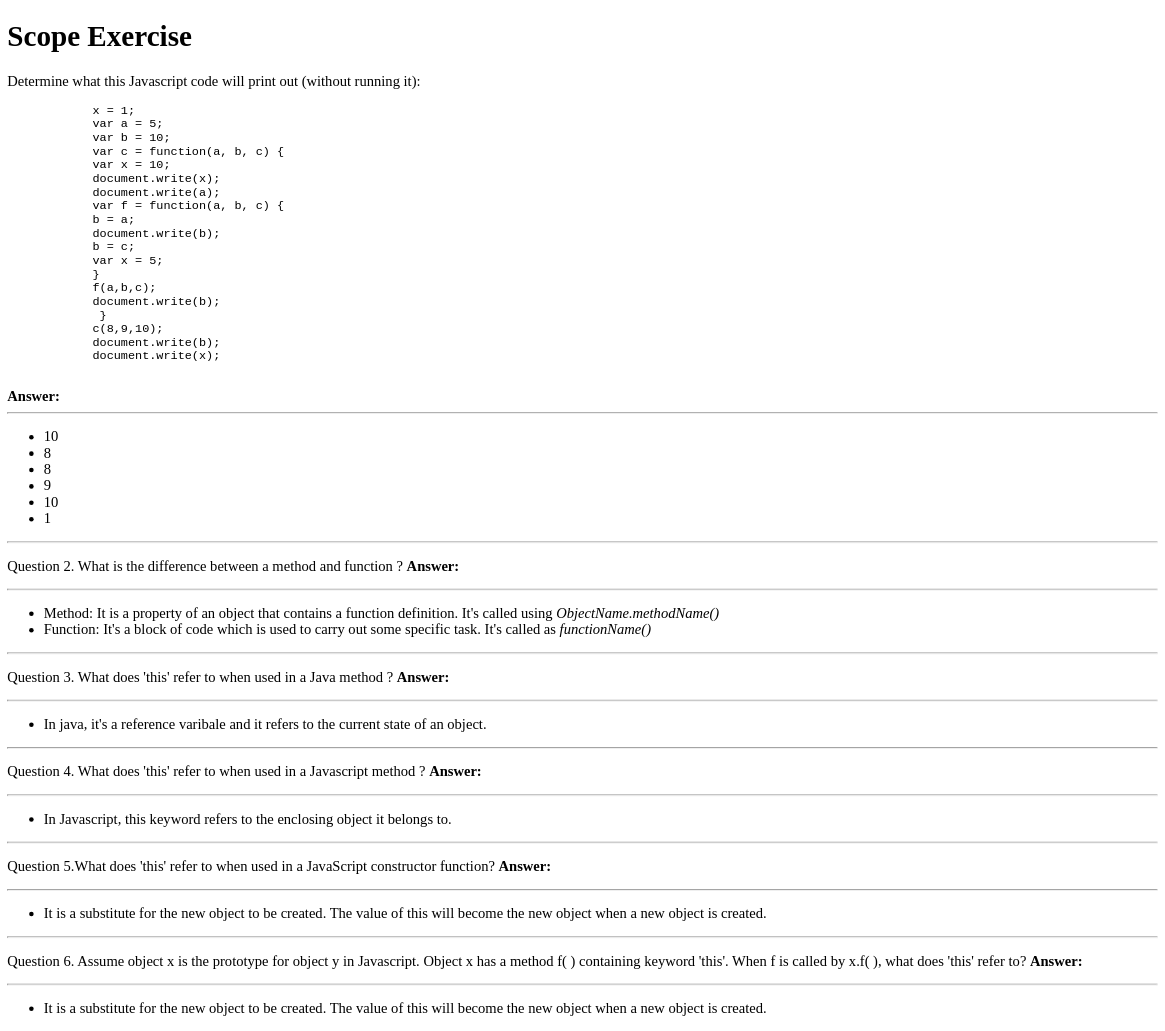
Repository: bethelbahiru/WAP
Page: Homework3/scope.html
An editor plug-in stored every save of this project. The page is shown before and after the next save, followed by the edit.
The browser window is 1280 px wide. The pictures show the whole page, at 91% of full size.

Above is the page before, as saved 2022-01-18 16:35:55.

After the next save:
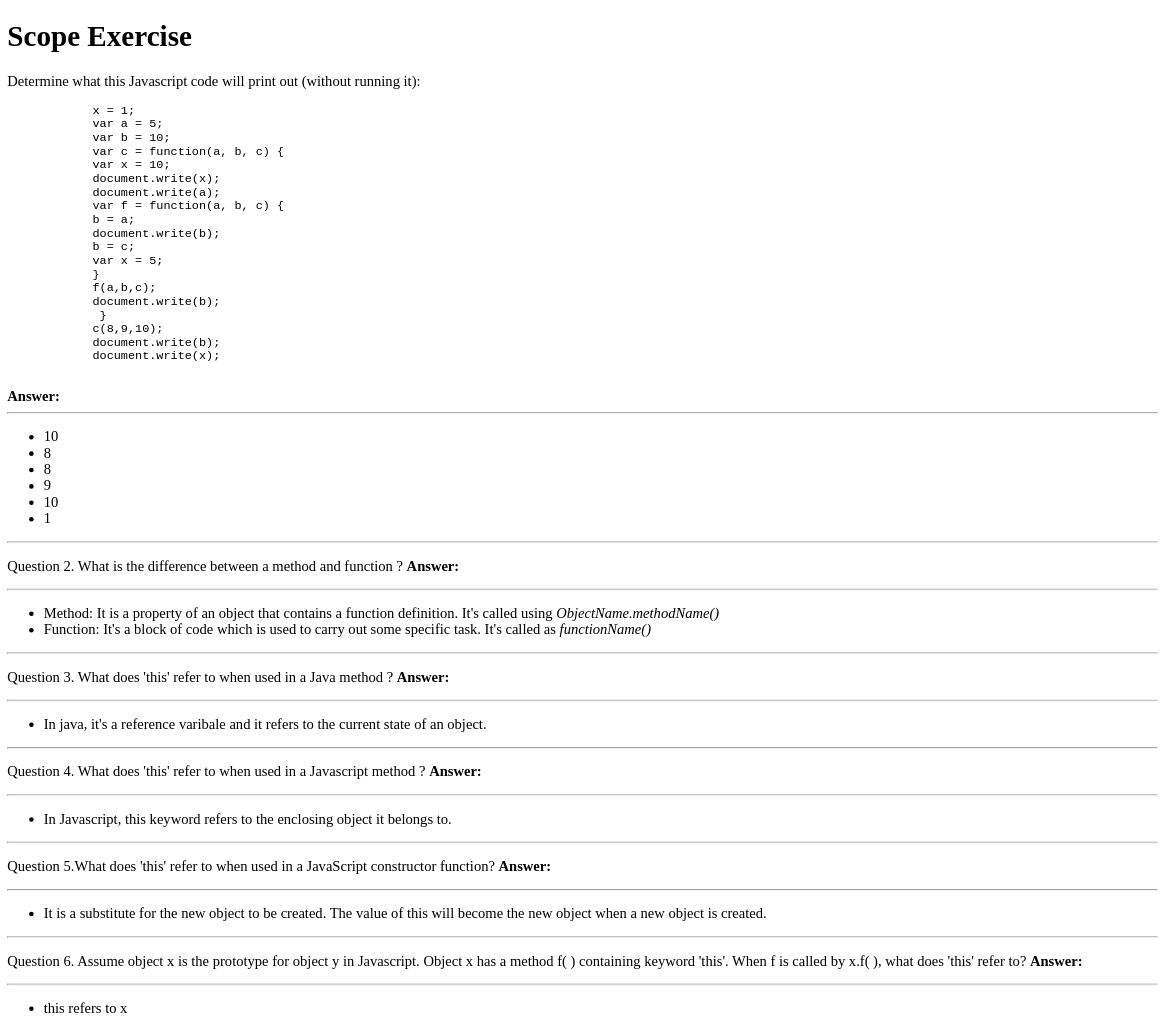
Saved 35 s later.
--- a/Homework3/scope.html
+++ b/Homework3/scope.html
@@ -82,7 +82,7 @@
         <strong>Answer:</strong>
         <hr>
         <ul>
-            <li>It is a substitute for the new object to be created. The value of this will become the new object when a new object is created.</li>
+            <li>this refers to x</li>
         </ul>
     </p>
 
